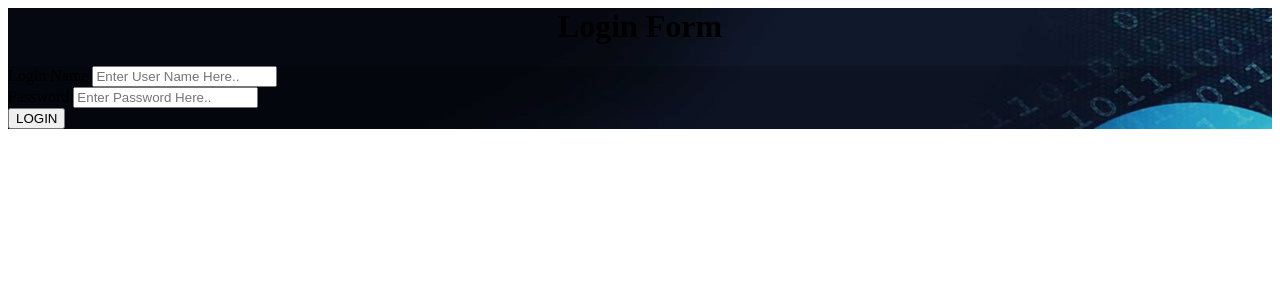
Repository: yogenderupadhyay/Project-2
Page: LetsTalkFrontend/WebContent/c_user/Login.html
These files come from the project's save history. The page is drawn as it stood at one moment and after the next save; the edit follows.
The browser window is 1280 px wide. The pictures show the whole page.

Above is the page before, as saved 2018-08-01 17:16:19.

After the next save:
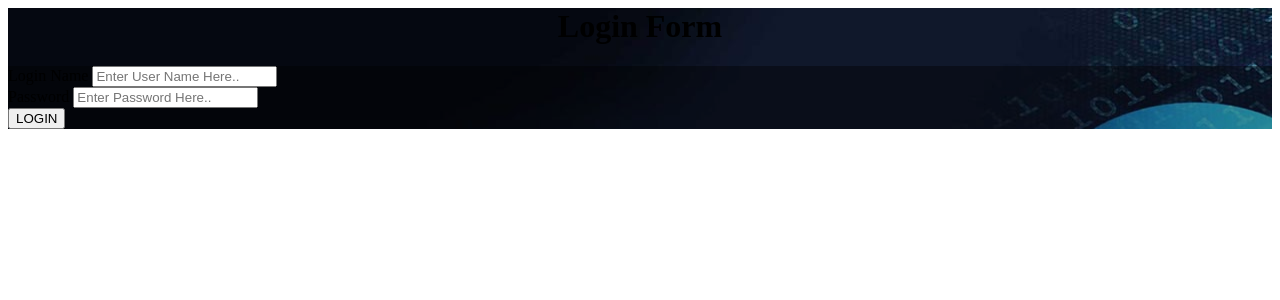
Saved 17 s later.
--- a/LetsTalkFrontend/WebContent/c_user/Login.html
+++ b/LetsTalkFrontend/WebContent/c_user/Login.html
@@ -3,7 +3,7 @@
  <h1 class="well"><center><font face="Monotype Corsiva">Login Form</font></center></h1>
 	<div class="col-lg-12 well">
 	<div class="row">
-				<form style="background: rgba(0, 0, 0, 0.2);">
+				<form style="background: rgba(0, 0, 0, 0.4);">
 					<div class="col-sm-12">
 						<div class="row">
 							<div class="col-sm-6 form-group">

After the 2 saves that followed:
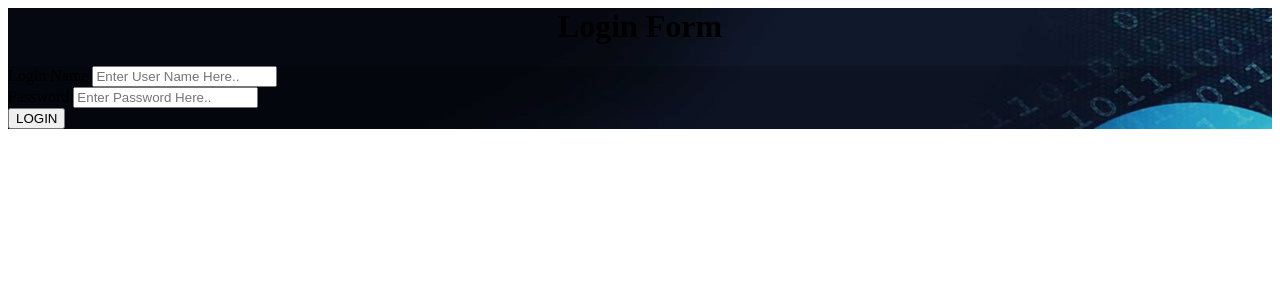
The 2 saves are shown as one change because 1 left the picture as it was.
The last was saved 110 s later.
--- a/LetsTalkFrontend/WebContent/c_user/Login.html
+++ b/LetsTalkFrontend/WebContent/c_user/Login.html
@@ -1,9 +1,9 @@
-<div class="container-fluid" data-ng-Controller="UserController" style="background-image:url('resources/img/login.jpg'); ">
+<div class="container" data-ng-Controller="UserController" style="background-image:url('resources/img/login.jpg'); ">
 
  <h1 class="well"><center><font face="Monotype Corsiva">Login Form</font></center></h1>
 	<div class="col-lg-12 well">
 	<div class="row">
-				<form style="background: rgba(0, 0, 0, 0.4);">
+				<form style="background: rgba(0, 0, 0, 0.2);">
 					<div class="col-sm-12">
 						<div class="row">
 							<div class="col-sm-6 form-group">
